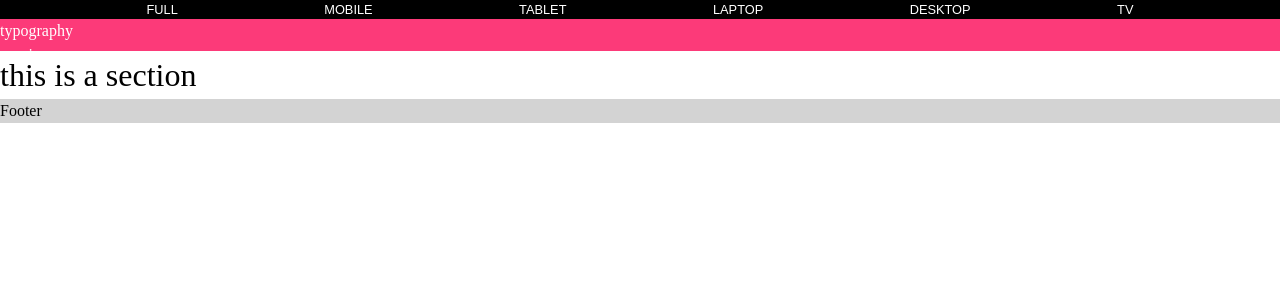
Repository: Terrycoco/coco-playground
Page: /
The author's editor kept a copy of each file at every save. The page is drawn from the files as they stood at one save, then again after the next save.
The browser window is 1280 px wide. The pictures show the whole page.
The project was rebuilt for these pictures with package versions that can differ from the ones it lists, and the page was loaded fresh each time. The framework's server and built-in components were replaced by stand-ins that run in the browser. Also part of the build but not shown: next.config.js.

Above is the page before, as saved 2023-03-20 10:19:52.

### src/app/layout.js
//THIS FILE DEFINES BASIC HTML FOR WHOLE SITE
//YOU CAN OVERWRITE ANY METADATA IN INDIVIDUAL ROUTES ALSO
"use client";
import { Providers } from "./store/provider";
import "./globals.css";
import Header from "@/components/layout/Header.js";
import DeviceHeader from "@/components/layout/DeviceHeader";
import Footer from "@/components/layout/Footer";
import ScreenEmulator from "@/components/layout/ScreenEmulator";

//can't use metadata on files that use client
// export const metadata = {
//   title: "Theme Playground",
//   description: "Theme Playground By Coco",
// };

export default function RootLayout({ children }) {
  return (
    <html lang="en">
      <head>
        <title>Coco Theme Playground</title>
      </head>

      <body>
        <Providers>
          <>
            <DeviceHeader />

            <Header />
            <ScreenEmulator>
              {children}
              <Footer />
            </ScreenEmulator>
          </>
        </Providers>
      </body>
    </html>
  );
}

### src/app/page.js
"use client";
import { useSelector, useDispatch } from "react-redux";
import { selectTheme } from "./store/slices/themeSlice";

export default function Page() {
  const theme = useSelector(selectTheme);
  console.log("page recd theme:", theme);
  return (
    <main>
      <section>this is a section</section>
    </main>
  );
}

// <section id="theme" style={getContainerStyle("section")}>
// <h1 style={getHStyle("h1")}>
//   This the result of your Theme{"   "}
//   <span style={styles.smgray}>(h1)</span>
// </h1>
// <h2 style={getHStyle("h2")}>
//   Your Default Styles Are Shown{"   "}
//   <span style={styles.smgray}>(h2)</span>
// </h2>
// <h3 style={getHStyle("h3")}>
//   You selected {`${levCount - 1}`} levels of headings.
//   <span style={styles.smgray}>(h3)</span>
// </h3>

// <h4 style={getHStyle("h4")}>
//   I am a heading level 4 {"   "}
//   <span style={styles.smgray}>(h4)</span>
// </h4>

// <h5 style={getHStyle("h5")}>
//   I am a heading level 5{"   "}
//   <span style={styles.smgray}>(h5)</span>
// </h5>

// <h6 style={getHStyle("h6")}>
//   I am a heading level 6{"   "}
//   <span style={styles.smgray}>(h6)</span>
// </h6>

// <p data-el="p" style={getTextStyle("p")}>
//   Your theme settings will show up here. These are the default styles
//   for each element, which will be consistent across your project. You
//   can, of course, alter them for individual elements as you see fit.{" "}
//   <span style={styles.smgray}>(p)</span>
// </p>
// <p data-el="p" style={getTextStyle("p")}>
//   This is the paragraph element. To set the font scale among the
//   different headings and at different screen resolutions, go to{" "}
//   <b>SCALE</b>. The rest of the paragraph settings can be found by
//   clicking <b>TEXT</b> <span style={styles.smgray}>(p)</span>
// </p>

// <p data-el="p" style={getTextStyle("p")}>
//   Don't like the spacing? Click <b>CONTAINERS</b> to set default padding
//   and margins for container elements like sections, the header and
//   footer, between paragraphs, etc.{" "}
//   <span style={styles.smgray}>(p)</span>
// </p>
// </section>
// <section id="colors" style={getContainerStyle("section")}>
// <h1 style={getHStyle("h1")}>
//   This the result of your Theme{"   "}
//   <span style={styles.smgray}>(h1)</span>
// </h1>
// <h2 style={getHStyle("h2")}>
//   Your Default Styles Are Shown{"   "}
//   <span style={styles.smgray}>(h2)</span>
// </h2>
// <h3 style={getHStyle("h3")}>
//   You selected {`${levCount - 1}`} levels of headings.
//   <span style={styles.smgray}>(h3)</span>
// </h3>

// <h4 style={getHStyle("h4")}>
//   I am a heading level 4 {"   "}
//   <span style={styles.smgray}>(h4)</span>
// </h4>

// <h5 style={getHStyle("h5")}>
//   I am a heading level 5{"   "}
//   <span style={styles.smgray}>(h5)</span>
// </h5>

// <h6 style={getHStyle("h6")}>
//   I am a heading level 6{"   "}
//   <span style={styles.smgray}>(h6)</span>
// </h6>

// <p data-el="p" style={getTextStyle("p")}>
//   Your typography styles will show up here. These are the default styles
//   for each element, which will be consistent across your project. You
//   can, of course, alter them for individual elements as you see fit.{" "}
//   <span style={styles.smgray}>(p)</span>
// </p>
// <p data-el="p" style={getTextStyle("p")}>
//   This is the paragraph element. To set the font scale among the
//   different headings and at different screen resolutions, go to{" "}
//   <b>SCALE</b>. The rest of the paragraph settings can be found by
//   clicking <b>TYPOGRAPHY</b> <span style={styles.smgray}>(p)</span>
// </p>

// <p data-el="p" style={getTextStyle("p")}>
//   Don't like the spacing? Click <b>SPACING</b> to set default padding
//   and margins for elements like sections, the header and footer, between
//   paragraphs, etc. <span style={styles.smgray}>(p)</span>
// </p>
// </section>

### src/app/store/provider.js
"use client";

import { Provider } from "react-redux";
import store from "./store";

export function Providers({ children }) {
  return <Provider store={store}>{children}</Provider>;
}

### src/app/globals.css
@import "./reset.css";

:root {
  font-size: 1rem;
}
body {
  margin: 0;
  min-height: 100vh;
}

header {
  background-color: black;
  color: white;
}

footer {
  background-color: lightgray;
  color: black;
}

section {
  font-size: 2rem;
}

### src/components/layout/Header.js
"use client";
import React from "react";
import { useSelector } from "react-redux";
import { selectTheme } from "@/slices/themeSlice";
import { selectVariables } from "@/slices/variablesSlice";

function Header() {
  const theme = useSelector(selectTheme);
  const variables = useSelector(selectVariables);

  const getHeaderStyles = () => {
    let styles = { ...theme.containers.header };
    styles.backgroundColor = variables[styles.backgroundColor];
    return styles;
  };

  return (
    <header style={getHeaderStyles()}>
      <menu>
        <li>typography</li>
        <li>spacing</li>
        <li>colors</li>
      </menu>
    </header>
  );
}

export default Header;

### src/components/layout/DeviceHeader.js
"use client";
import { useState, useEffect } from "react";
import { useSelector, useDispatch } from "react-redux";
import {
  selectCurrentDevice,
  updateCurrentDevice,
  updateIsFullScreen,
  selectIsFullScreen,
} from "@/slices/uiSlice";
import { selectDevices } from "@/slices/themeSlice";
import css from "./layout.module.css";

const DeviceHeader = () => {
  const currentDevice = useSelector(selectCurrentDevice);
  const fullScreen = useSelector(selectIsFullScreen);
  const dispatch = useDispatch();
  const devices = useSelector(selectDevices);
  const [userSize, setUserSize] = useState();
  const [userDevice, setUserDevice] = useState();

  useEffect(() => {
    setUserSize(window.innerWidth); //TODO MAKE RESPONSIVE
    let ud = getUserDevice(window.innerWidth, devices);
    console.log("userDevice:", ud);
    setUserDevice(ud);
    dispatch(updateCurrentDevice(ud));
  }, []);

  const styles = {
    header: {
      fontFamily: "Arial",
    },
    menu: {
      display: "flex",
      flexDirection: "row",
      justifyContent: "space-evenly",
    },
    li: {
      textTransform: "uppercase",
      fontSize: ".8rem",
    },
  };

  const handleSelect = (e) => {
    const dev = e.target.id;
    if (dev === "full") {
      dispatch(updateIsFullScreen(true));
      dispatch(updateCurrentDevice(userDevice));
    } else {
      dispatch(updateCurrentDevice(dev));
      dispatch(updateIsFullScreen(false));
    }
  };

  return (
    <header style={styles.header}>
      <menu style={styles.menu}>
        <li
          id="full"
          style={styles.li}
          onClick={handleSelect}
          className={css.li}
        >
          Full
        </li>
        <li
          id="mobile"
          style={styles.li}
          className={css.li}
          onClick={handleSelect}
        >
          mobile
        </li>
        <li
          id="tablet"
          style={styles.li}
          className={css.li}
          onClick={handleSelect}
        >
          tablet
        </li>
        <li
          id="laptop"
          style={styles.li}
          className={css.li}
          onClick={handleSelect}
        >
          laptop
        </li>
        <li
          id="desktop"
          style={styles.li}
          className={css.li}
          onClick={handleSelect}
        >
          desktop
        </li>
        <li id="tv" style={styles.li} className={css.li} onClick={handleSelect}>
          tv
        </li>
      </menu>
    </header>
  );
};

export default DeviceHeader;

function getUserDevice(size, devices) {
  for (const d in devices) {
    if (devices[d].min <= size && size <= devices[d].max) {
      return d;
    }
  }
}

### src/components/layout/Footer.js
"use client";
import React from "react";

const Footer = () => {
  return <footer>Footer</footer>;
};

export default Footer;

### src/components/layout/ScreenEmulator.js
import { useState, useEffect } from "react";
import { useSelector } from "react-redux";
import { selectCurrentDevice, selectIsFullScreen } from "@/slices/uiSlice";
import { selectDevices, selectDeviceElements } from "@/slices/themeSlice";

const ScreenEmulator = ({ children, ...props }) => {
  const [width, setWidth] = useState("400px");
  const isFullScreen = useSelector(selectIsFullScreen);
  const device = useSelector(selectCurrentDevice);
  const devices = useSelector(selectDevices);
  const [baseFontSize, setBaseFontSize] = useState();
  const deviceFontSizes = useSelector(selectDeviceElements);

  //get some valid heights
  useEffect(() => {
    if (device && device.length > 0 && devices !== undefined) {
      if (isFullScreen) {
        setWidth(window.innerWidth);
      } else {
        console.log("device is:", device, "devices:", devices);
        let w = devices[device].min + 100 + "px";
        setWidth(w);
      }
      setBaseFontSize(deviceFontSizes[device].body.fontSize + "px");
    }
  }, [device, isFullScreen]);

  const getEmulation = () => {
    return {
      border: "1px solid darkgray",
      width: `${width}`,
      fontSize: `${baseFontSize}`,
      marginTop: "1rem",
      marginLeft: "1rem",
      height: window.innerHeight - 75 + "px",
      overflowY: "scroll",
      borderRadius: "10px",
      boxShadow: "rgba(213, 217, 217, 0.5) 0 2px 5px 0",
    };
  };

  if (isFullScreen == true) {
    return <>{children}</>;
  } else {
    return (
      <div style={getEmulation()}>
        {children}
        Screen size: {width} Device: {device}
      </div>
    );
  }
};

export default ScreenEmulator;

### src/app/store/slices/themeSlice.js
"use client";

import { createSlice, createSelector } from "@reduxjs/toolkit";
import { HYDRATE } from "next-redux-wrapper";
import { currentTheme } from "@/themes";

const initialState = {
  headingCount: currentTheme.headingCount,
  fonts: currentTheme.fonts,
  colors: currentTheme.colors,
  colorVariants: currentTheme.colorVariants,
  devices: currentTheme.devices,
  deviceElements: currentTheme.deviceElements,
  text: currentTheme.text,
  containers: currentTheme.containers,
};

export const themeSlice = createSlice({
  name: "theme",
  initialState,
  reducers: {
    updateText(state, action) {
      state.text[action.payload.element][action.payload.propName] =
        action.payload.value;
    },

    extraReducers: {
      [HYDRATE]: (state, action) => {
        return {
          ...state,
          ...action.payload.theme,
        };
      },
    },
  },
});

export const { updateText } = themeSlice.actions;
export const selectTheme = (state) => state.theme;
export const selectText = (state) => state.theme.text;
export const selectDevices = (state) => state.theme.devices;
export const selectDeviceElements = (state) => state.theme.deviceElements;
export default themeSlice.reducer;

### src/app/store/store.js
"use client"; //anything that will access redux must use client
import { configureStore } from "@reduxjs/toolkit";
import { themeSlice } from "./slices/themeSlice";
import { variablesSlice } from "./slices/variablesSlice";
import { uiSlice } from "./slices/uiSlice";

// config the store
const store = configureStore({
  reducer: {
    [themeSlice.name]: themeSlice.reducer,
    [variablesSlice.name]: variablesSlice.reducer,
    [uiSlice.name]: uiSlice.reducer,
  },
});

// export default the store
console.log("store:", store.getState());
export default store;

### src/app/reset.css
/* Box sizing rules */
*,
*::before,
*::after {
  box-sizing: border-box;
}

/* Remove default margin */
main,
html,
body,
h1,
h2,
h3,
h4,
h5,
h6,
p,
figure,
blockquote,
dl,
dd {
  margin: 0;
  padding: 0;
}

/* Remove list styles on ul, ol elements with a list role, which suggests default styling will be removed */
ul,
menu,
ol {
  list-style: none;
}

/* remove discs from list items */
li {
  list-style-type: none;
}

/* Set core root defaults */
html:focus-within {
  scroll-behavior: smooth;
}

/* Set core body defaults */
body {
  min-height: 100vh;
  text-rendering: optimizeSpeed;
  line-height: 1.5;
}

/* A elements that don't have a class get default styles */
a:not([class]) {
  text-decoration-skip-ink: auto;
}

/* Make images easier to work with */
img,
picture {
  max-width: 100%;
  display: block;
}

menu {
  margin-block-start: 0em;
  margin-block-end: 0em;
  margin-inline-start: 0px;
  margin-inline-end: 0px;
  padding-inline-start: 0px;
}

/* Inherit fonts for inputs and buttons */
input,
button,
textarea,
select {
  font: inherit;
}

/* remove any default font props */
body,
h1,
h2,
h3,
h4,
h5,
h6,
p {
  letter-spacing: normal;
  word-spacing: normal;
  line-height: 1.5;
  font-optical-sizing: auto;
}

/* Remove all animations, transitions and smooth scroll for people that prefer not to see them */
@media (prefers-reduced-motion: reduce) {
  html:focus-within {
    scroll-behavior: auto;
  }

  *,
  *::before,
  *::after {
    animation-duration: 0.01ms !important;
    animation-iteration-count: 1 !important;
    transition-duration: 0.01ms !important;
    scroll-behavior: auto !important;
  }
}

### src/app/store/slices/variablesSlice.js
import { createSlice } from "@reduxjs/toolkit";
import { HYDRATE } from "next-redux-wrapper";
import { currentTheme } from "@/themes";
import { updateColor, updateFont } from "@/app/store/sharedActions";

function toCSS(key) {
  var result = key.replace(/([A-Z])/g, " $1");
  return result.split(" ").join("-").toLowerCase();
}

const getFontVariable = (fontName) => {
  let str = fontName.replaceAll(" ", "-").toLowerCase();
  return `var(--font-${str})`;
};

const loadInitVariables = () => {
  let variables = {};
  let section, prefix;

  //fonts
  section = "fonts";
  prefix = "var(--font-";
  for (const key in currentTheme[section]) {
    variables[`${prefix}${key})`] = getFontVariable(currentTheme[section][key]);
  }

  //colors
  section = "colors";
  prefix = "var(--clr-";
  for (const key in currentTheme[section]) {
    variables[`${prefix}${key})`] = toCSS(currentTheme[section][key]);
  }

  //color variants
  section = "colorVariants";
  prefix = "var(--clr-";
  for (const key in currentTheme[section]) {
    variables[`${prefix}${key})`] = toCSS(currentTheme[section][key]);
  }

  return variables;
};

const initialState = loadInitVariables();

export const variablesSlice = createSlice({
  name: "variables",
  initialState,
  reducers: {
    updateVariable(state, action) {
      state[action.payload.key] = action.payload.value;
    },
  },
  extraReducers: (builder) => {
    builder
      .addCase(updateColor, (state, action) => {
        action.payload.map((obj) => {
          state[obj.themeVar] = obj.value;
        });
      })
      .addCase(updateFont, (state, action) => {
        console.log("got here:", action.payload);
        //theme variable (ie body) has been updated to another font
        state[action.payload.themeVar] = action.payload.fontVar;
      });
  },
});

export const { updateVariable } = variablesSlice.actions;
export const selectVariables = (state) => state.variables;
export default variablesSlice.reducer;

### src/app/store/slices/uiSlice.js
"use client";

//slice for ui state

import { createSlice, createSelector } from "@reduxjs/toolkit";
import { HYDRATE } from "next-redux-wrapper";

const initialState = {
  currentForm: "",
  currentDevice: "",
  isFullScreen: true,
  isDrawerOpen: false,
  currentTab: 1,
};

export const uiSlice = createSlice({
  name: "ui",
  initialState,
  reducers: {
    updateCurrentForm(state, action) {
      state.currentForm = action.payload;
    },
    updateCurrentTab(state, action) {
      state.currentTab = action.payload;
    },
    updateCurrentDevice(state, action) {
      console.log("updateDevice: ", action);
      state.currentDevice = action.payload;
    },
    updateIsDrawerOpen(state, action) {
      state.isDrawerOpen = action.payload;
    },
    updateIsFullScreen(state, action) {
      state.isFullScreen = action.payload;
    },

    extraReducers: {
      [HYDRATE]: (state, action) => {
        return {
          ...state,
          ...action.payload.ui,
        };
      },
    },
  },
});

export const {
  updateCurrentForm,
  updateCurrentDevice,
  updateCurrentTab,
  updateIsDrawerOpen,
  updateIsFullScreen,
} = uiSlice.actions;
export const selectCurrentDevice = (state) => state.ui.currentDevice;
export const selectCurrentTab = (state) => state.ui.currentTab;
export const selectCurrentForm = (state) => state.ui.currentForm;
export const selectIsDrawerOpen = (state) => state.ui.isDrawerOpen;
export const selectIsFullScreen = (state) => state.ui.isFullScreen;
export default uiSlice.reducer;

### src/components/layout/layout.module.css
.li:hover {
  font-weight: 700;
}

### src/themes/index.js
import init from "./init";

module.exports = { currentTheme: init };

### src/app/store/sharedActions.js
import { createAction } from "@reduxjs/toolkit";
const varKeys = [75, 50, 25, 10, 5];

const updateColor = createAction("UPDATE_COLOR", function prepare(obj) {
  //any time theme color is updated, so are variants so pass those in with the payload
  console.log("shared updateColor", obj);
  let key = obj.key;
  let payloadVal = [];
  let newhex = obj.value;
  if (key !== "error" && key !== "whitish") {
    varKeys.map((pct) => {
      let variantKey = `${key}${pct}`;
      let val = getPctOfHex(newhex, pct);
      payloadVal.push({
        key: variantKey,
        value: val,
        section: "variants",
        themeVar: `var(--clr-${variantKey})`,
      });
    });
  }
  //push original one
  payloadVal.push({
    key: key,
    value: newhex,
    section: "themed",
    themeVar: `var(--clr-${key})`,
  });
  //console.log("newpayload:", payloadVal);
  return { payload: payloadVal };
});

const updateFont = createAction("UPDATE_FONT", function prepare(obj) {
  console.log("fontobj:", obj);
  /*shape of font payload
      propName: "body",
      name: "Gelasio",
      themeVar: "var(--font-body)",
      fontVar: "var(--font-gelasio)" */

  return { payload: obj };
});

module.exports = { updateColor, updateFont };

// util functions to calculate variant values --------------
function hexToHSL(H) {
  // Convert hex to RGB first
  let r = 0,
    g = 0,
    b = 0;
  if (H.length == 4) {
    r = "0x" + H[1] + H[1];
    g = "0x" + H[2] + H[2];
    b = "0x" + H[3] + H[3];
  } else if (H.length == 7) {
    r = "0x" + H[1] + H[2];
    g = "0x" + H[3] + H[4];
    b = "0x" + H[5] + H[6];
  }
  // Then to HSL
  r /= 255;
  g /= 255;
  b /= 255;
  let cmin = Math.min(r, g, b),
    cmax = Math.max(r, g, b),
    delta = cmax - cmin,
    h = 0,
    s = 0,
    l = 0;

  if (delta == 0) h = 0;
  else if (cmax == r) h = ((g - b) / delta) % 6;
  else if (cmax == g) h = (b - r) / delta + 2;
  else h = (r - g) / delta + 4;

  h = Math.round(h * 60);

  if (h < 0) h += 360;

  l = (cmax + cmin) / 2;
  s = delta == 0 ? 0 : delta / (1 - Math.abs(2 * l - 1));
  s = +(s * 100).toFixed(1);
  l = +(l * 100).toFixed(1);

  return { h: h, s: s, l: l };
}
function getPctOfHex(hex, pct) {
  //incoming pct is pct opacity of orig color
  let inverted = 100 - pct;
  //convert incoming to hsl
  let hsl = hexToHSL(hex);

  //current lightness is 0%;
  let currentLightPct = hsl.l;
  let remainingLightPct = 100 - currentLightPct;
  let onepct = remainingLightPct / 100;
  let desiredPct = onepct * inverted + currentLightPct;
  let result = HSLToHex(hsl.h, hsl.s, desiredPct);
  return result;
}
function HSLToHex(h, s, l) {
  s /= 100;
  l /= 100;

  let c = (1 - Math.abs(2 * l - 1)) * s,
    x = c * (1 - Math.abs(((h / 60) % 2) - 1)),
    m = l - c / 2,
    r = 0,
    g = 0,
    b = 0;

  if (0 <= h && h < 60) {
    r = c;
    g = x;
    b = 0;
  } else if (60 <= h && h < 120) {
    r = x;
    g = c;
    b = 0;
  } else if (120 <= h && h < 180) {
    r = 0;
    g = c;
    b = x;
  } else if (180 <= h && h < 240) {
    r = 0;
    g = x;
    b = c;
  } else if (240 <= h && h < 300) {
    r = x;
    g = 0;
    b = c;
  } else if (300 <= h && h < 360) {
    r = c;
    g = 0;
    b = x;
  }
  // Having obtained RGB, convert channels to hex
  r = Math.round((r + m) * 255).toString(16);
  g = Math.round((g + m) * 255).toString(16);
  b = Math.round((b + m) * 255).toString(16);

  // Prepend 0s, if necessary
  if (r.length == 1) r = "0" + r;
  if (g.length == 1) g = "0" + g;
  if (b.length == 1) b = "0" + b;

  return "#" + r + g + b;
}

### src/themes/init.js
//to use, import this file and set this as currentTheme in /src/themes/index
const headingCount = 1;

const fonts = {
  body: "Times",
  display: "Times",
  special: "Times",
  mono: "Times",
  forms: "Arial",
};

const devices = {
  mobile: {
    min: 320,
    max: 479,
  },

  tablet: {
    min: 480,
    max: 767,
  },

  laptop: {
    min: 768,
    max: 1023,
  },

  desktop: {
    min: 1024,
    max: 1999,
  },

  tv: {
    min: 1200,
    max: 9999,
  },
};

const deviceElements = {
  mobile: {
    body: {
      fontSize: "18",
      lineHeight: "1.5",
    },
    h1: {
      fontSize: "40",
      lineHeight: "1.16",
    },
  },
  tablet: {
    body: {
      fontSize: "19",
      lineHeight: "1.5",
    },
    h1: {
      fontSize: "40",
      lineHeight: "1.16",
    },
  },
  laptop: {
    body: {
      fontSize: "20",
      lineHeight: "1.329",
    },
    h1: {
      fontSize: "52",
      lineHeight: "1.16",
    },
  },
  desktop: {
    body: {
      fontSize: "24",
      lineHeight: "1.345",
    },
    h1: {
      fontSize: "57",
      lineHeight: "1.16",
    },
  },

  tv: {
    body: {
      fontSize: "28",
      lineHeight: "1.391",
    },
    h1: {
      fontSize: "67",
      lineHeight: "1.031",
    },
  },
};

const colors = {
  primary: "#fc3a79",
  secondary: "#fe572e",
  blackish: "#261f22",
  whitish: "#f5f5f4",
  error: "#dc2626",
};

const colorVariants = {
  primary75: "#fd6b99",
  primary50: "#fe9dbb",
  primary25: "#fecedd",
  primary10: "#ffebf1",
  primary5: "#fff5f8",
  secondary75: "#fe8162",
  secondary50: "#feab96",
  secondary25: "#ffd5cb",
  secondary10: "#ffeeea",
  secondary5: "#fff7f5",
  blackish75: "#635158",
  blackish50: "#9c868f",
  blackish25: "#cdc2c7",
  blackish10: "#ebe7e9",
  blackish5: "#f5f3f4",
};

const containers = {
  header: {
    backgroundColor: "var(--clr-primary)",
    height: "2rem",
    paddingRight: "0rem",
    paddingLeft: "0rem",
  },
  main: {
    paddingTop: "2rem",
    paddingRight: "0rem",
    paddingBottom: "0rem",
    paddingLeft: "0rem",
  },
  section: {
    paddingTop: "0rem",
    paddingRight: "0rem",
    paddingBottom: "0rem",
    paddingLeft: "0rem",
  },
  article: {
    paddingTop: "0rem",
    paddingRight: "0rem",
    paddingBottom: "0rem",
    paddingLeft: "0rem",
  },
  aside: {
    paddingTop: "0rem",
    paddingRight: "0rem",
    paddingBottom: "0rem",
    paddingLeft: "0rem",
  },
  footer: {
    backgroundColor: "var(--clr-primary50)",
    color: "var(--clr-blackish)",
    height: "0rem",
    paddingTop: "0rem",
    paddingRight: "0rem",
    paddingBottom: "0rem",
    paddingLeft: "0rem",
  },
};

const text = {
  p: {
    color: "var(--clr-blackish)",
    fontFamily: "var(--font-body)",
    fontWeight: "400",
    fontSize: "var(--fs-body)",
    lineHeight: "var(--lh-body)",
    letterSpacing: "0px",
    wordSpacing: "0px",
    maxWidth: "60ch",
    marginBottom: "1rem",
  },

  h1: {
    color: "var(--clr-blackish)",
    fontFamily: "var(--font-display)",
    fontWeight: "400",
    fontSize: "var(--fs-h1)",
    lineHeight: "var(--lh-h1)",
    letterSpacing: "-1.5px",
    wordSpacing: "-5px",
    maxWidth: "60ch",
    marginBottom: "1rem",
  },

  h2: {
    color: "var(--clr-blackish)",
    fontFamily: "var(--font-display)",
    fontWeight: "400",
    fontSize: "var(--fs-h2)",
    lineHeight: "var(--lh-h2)",
    letterSpacing: "-1.5px",
    wordSpacing: "-5px",
    maxWidth: "60ch",
    marginBottom: "1rem",
  },

  h3: {
    color: "var(--clr-blackish)",

    fontFamily: "var(--font-display)",

    fontWeight: "400",

    fontSize: "1rem",

    lineHeight: "150%",

    letterSpacing: "-1.5px",

    wordSpacing: "-5px",
    maxWidth: "60ch",
    marginBottom: "1rem",
  },

  h4: {
    color: "var(--clr-blackish)",

    fontFamily: "var(--font-display)",

    fontWeight: "400",

    fontSize: "1rem",

    lineHeight: "150%",

    letterSpacing: "-1.5px",

    wordSpacing: "-5px",
    maxWidth: "60ch",
    marginBottom: "1rem",
  },

  h5: {
    color: "var(--clr-blackish)",

    fontFamily: "var(--font-display)",

    fontWeight: "400",

    fontSize: "1rem",

    lineHeight: "150%",

    letterSpacing: "-1.5px",

    wordSpacing: "-5px",
    maxWidth: "60ch",
    marginBottom: "1rem",
  },

  h6: {
    color: "var(--clr-blackish)",

    fontFamily: "var(--font-display)",

    fontWeight: "400",

    fontSize: "1rem",

    lineHeight: "150%",

    letterSpacing: "-1.5px",

    wordSpacing: "-5px",
    marginBottom: "1rem",
  },

  small: {
    color: "var(--clr-blackish)",
    fontFamily: "var(--font-forms)",
    fontWeight: "400",
    fontSize: "var(--fs-sm)",
    lineHeight: "1",
    letterSpacing: "-1.5px",
    wordSpacing: "-5px",
    maxWidth: "60ch",
    marginBottom: "0rem",
  },
};

const theme = {
  headingCount,
  colors,
  colorVariants,
  fonts,
  deviceElements,
  devices,
  containers,
  text,
};

module.exports = {
  headingCount,
  colors,
  colorVariants,
  fonts,
  deviceElements,
  devices,
  containers,
  text,
  theme,
};

After the next save:
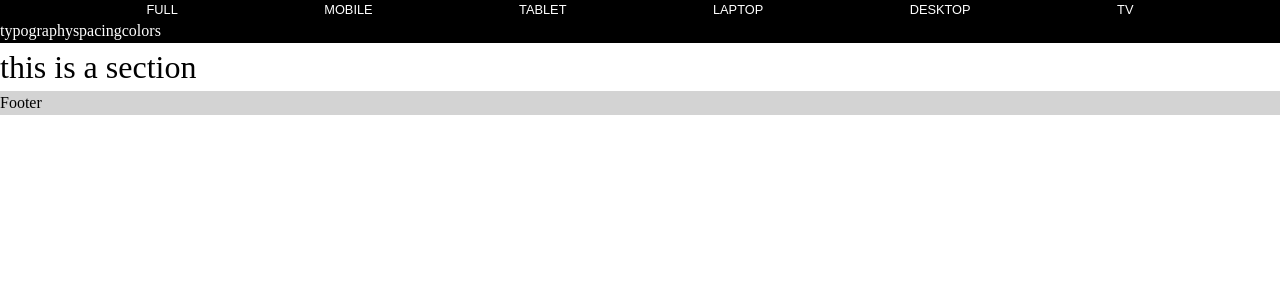
Saved 2 min 13 s later.
--- a/src/components/layout/Header.js
+++ b/src/components/layout/Header.js
@@ -8,6 +8,12 @@ function Header() {
   const theme = useSelector(selectTheme);
   const variables = useSelector(selectVariables);
 
+  const styles = {
+    menu: {
+      display: "flex",
+    },
+  };
+
   const getHeaderStyles = () => {
     let styles = { ...theme.containers.header };
     styles.backgroundColor = variables[styles.backgroundColor];
@@ -15,8 +21,8 @@ function Header() {
   };
 
   return (
-    <header style={getHeaderStyles()}>
-      <menu>
+    <header>
+      <menu style={styles.menu}>
         <li>typography</li>
         <li>spacing</li>
         <li>colors</li>
